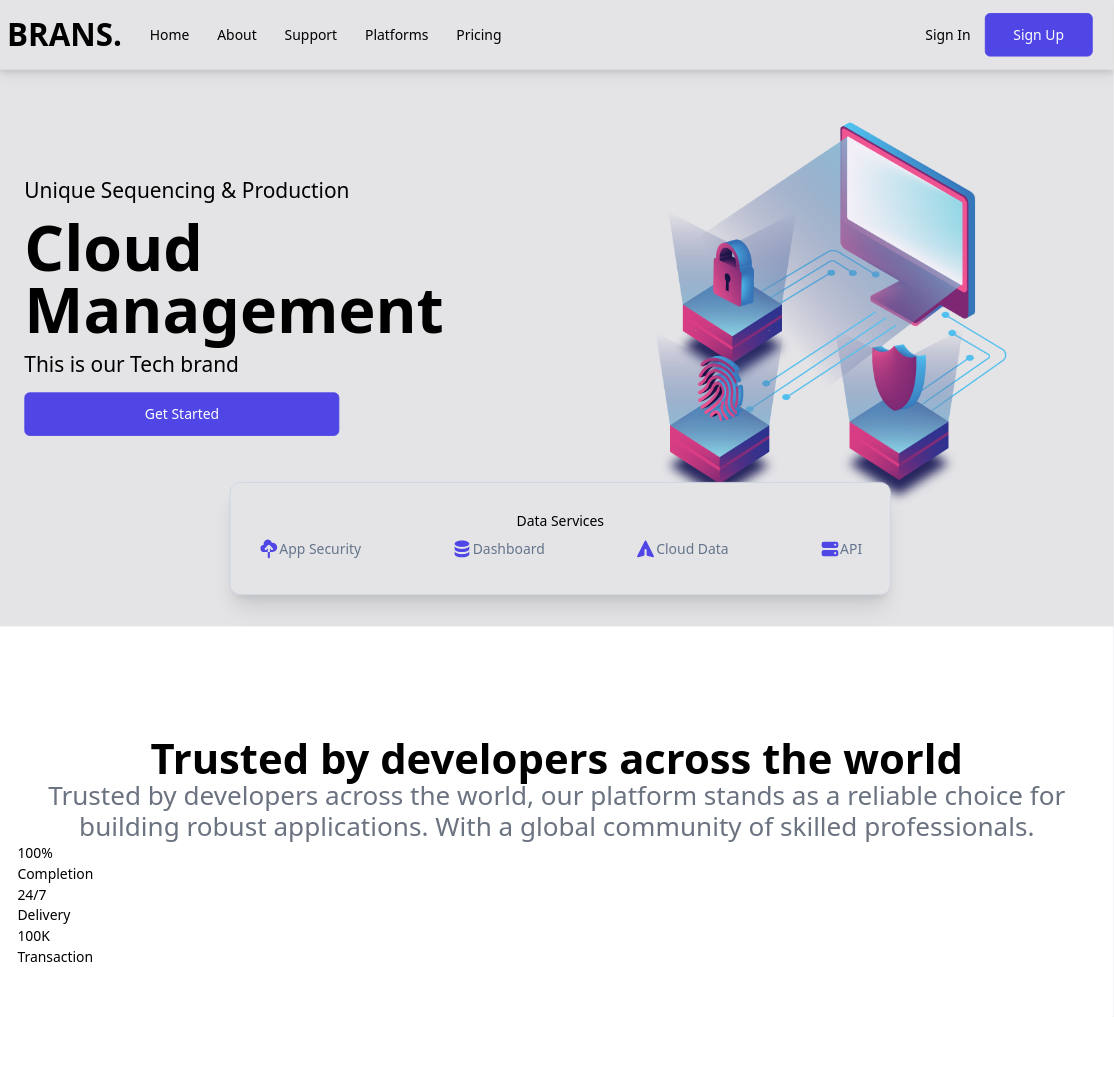
Repository: adrcstro/react-project-2
Page: /
An editor plug-in stored every save of this project. The page is shown before and after the next save, followed by the edit.
The browser window is 1280 px wide. The pictures show the whole page, at 87% of full size.
The project was rebuilt for these pictures with package versions that can differ from the ones it lists, and the page was loaded fresh each time.

Above is the page before, as saved 2024-08-15 19:38:55.

### src/index.js
import React from 'react';
import ReactDOM from 'react-dom/client';
import './index.css';
import App from './App';

const root = ReactDOM.createRoot(document.getElementById('root'));
root.render(

    <App />

);

### src/index.css
@tailwind base;
@tailwind components;
@tailwind utilities;

@layer base{
    li{
       @apply p-4
    }
    button{
        @apply text-white border bg-indigo-600 border-indigo-600
        hover:bg-transparent hover:text-indigo-600 rounded-md
    }
}

### src/App.js
import About from "./components/About";
import Hero from "./components/Hero";
import Navbar from "./components/Navbar";



function App() {
  return (
    <>
<Navbar/>
<Hero/>
<About />
    </>

  );
}

export default App;

### src/components/About.jsx
import React from 'react'

function About() {
  return (
    <div className='w-full my-32'>
        <div className='max-w-[1240px] mx-auto'>
          <div className='text-center'>
            <h2 className='text-5xl font-bold'>Trusted by developers across the world</h2>
            <p className='text-3xl py6 text-gray-500 px-3'>Trusted by developers across the world, our platform stands as a reliable choice for building robust
             applications. With a global community of skilled professionals.</p>
          </div>

          <div className='grid md: grid-cpls-3'>
             <div>
              <p>100%</p>
              <p>Completion</p>
             </div>
             <div>
              <p>24/7</p>
              <p>Delivery</p>
             </div>
             <div>
              <p>100K</p>
              <p>Transaction</p>
             </div>
          </div>
        </div>
    </div>
  )
}

export default About

### src/components/Hero.jsx
import React from 'react'
import {
  CloudUploadIcon,
  DatabaseIcon,
  PaperAirplaneIcon,
  ServerIcon,
} from '@heroicons/react/solid'

import bgImg from '../assets/cyber-bg.png'

function Hero() {
  return (
    <div className='w-full h-screen bg-zinc-200 flex flex-col justify-between'>
<div className='grid md:grid-cols-2 max-w-[1240px] m-auto'>
       <div className='flex flex-col justify-center md:items-start w-full px-2 py-8'>
        <p className='text-2xl'>Unique Sequencing & Production</p>
        <h1 className='py-3 text-5xl md:text-7xl font-bold'>Cloud Management</h1>
        <p className='text-2xl'>This is our Tech brand</p>
        <button className='py-3 px-6 sm:w-[60%] my-4 '>Get Started</button>
       </div>
       <div>
    <img className='w-full' src={bgImg} alt='/' />
       </div>
<div className='absolute flex flex-col py-8 md:min-w-[760px] bottom-[5%] mx-1 md:left-1/2
transform md:-translate-x-1/2 bg-zinc-200 border border-slate-300 rounded-xl text-center shadow-xl '>
  <p>Data Services</p>
  <div className='flex justify-between flex-wrap px-4'>
    <p className='flex px-4 py-2 text-slate-500'><CloudUploadIcon className='h-6 text-indigo-600' /> App Security</p>
    <p className='flex px-4 py-2 text-slate-500'><DatabaseIcon className='h-6 text-indigo-600' /> Dashboard</p>
    <p className='flex px-4 py-2 text-slate-500'><PaperAirplaneIcon className='h-6 text-indigo-600' /> Cloud Data</p>
    <p className='flex px-4 py-2 text-slate-500'><ServerIcon className='h-6 text-indigo-600' /> API</p>
  </div>
</div>
</div>
    </div>
  )
}

export default Hero

### src/components/Navbar.jsx
import React ,{useState} from 'react'
import {MenuIcon, XIcon} from '@heroicons/react/outline'

function Navbar() {

const [nav, setNav] = useState(false)
const handleClick = () => setNav(!nav)



  return (
    <div className='w-screen h-[80px] z-10 bg-zinc-200 fixed drop-shadow-lg'>
    <div className='px-2 flex justify-between items-center  w-full h-full'>
<div className='flex items-center'>
  <h1 className='text-3xl font-bold mr-4 sm:text-4xl'>BRANS.</h1>
  <ul className='hidden  md:flex'>
<li>Home</li>
<li>About</li>
<li>Support</li>
<li>Platforms</li>
<li>Pricing</li>
  </ul>
</div>
<div className='hidden md:flex pr-4'>
  <button className='border-none bg-transparent text-black mr-4'>Sign In</button>
  <button className='px-8 py-3'>Sign Up</button>
</div>

    <div  className='md:hidden' onClick={handleClick}>
    {!nav ? <MenuIcon className="w-5"/> : <XIcon className='w-5'/>}

    </div>
    </div>
<ul className={!nav ? 'hidden' : 'absolute bg-zinc-200 w-full px-8'}>
<li className='border-b-2 border-zinc-300 w-full'>Home</li>
<li className='border-b-2 border-zinc-300 w-full'>About</li>
<li className='border-b-2 border-zinc-300 w-full'>Support</li>
<li className='border-b-2 border-zinc-300 w-full'>Platforms</li>
<li className='border-b-2 border-zinc-300 w-full'>Pricing</li>
<div className='flex flex-col my-4'>
<button className='bg-transparent  text-indigo-600 px-8 py-3 mb-4'>Sign In</button>
<button className='px-8 py-3'>Sign Up</button>
</div>
</ul>

    </div>

  )
}

export default Navbar

Loaded but not shown: public/index.html (common file); tailwind.config.js (common file)

After the next save:
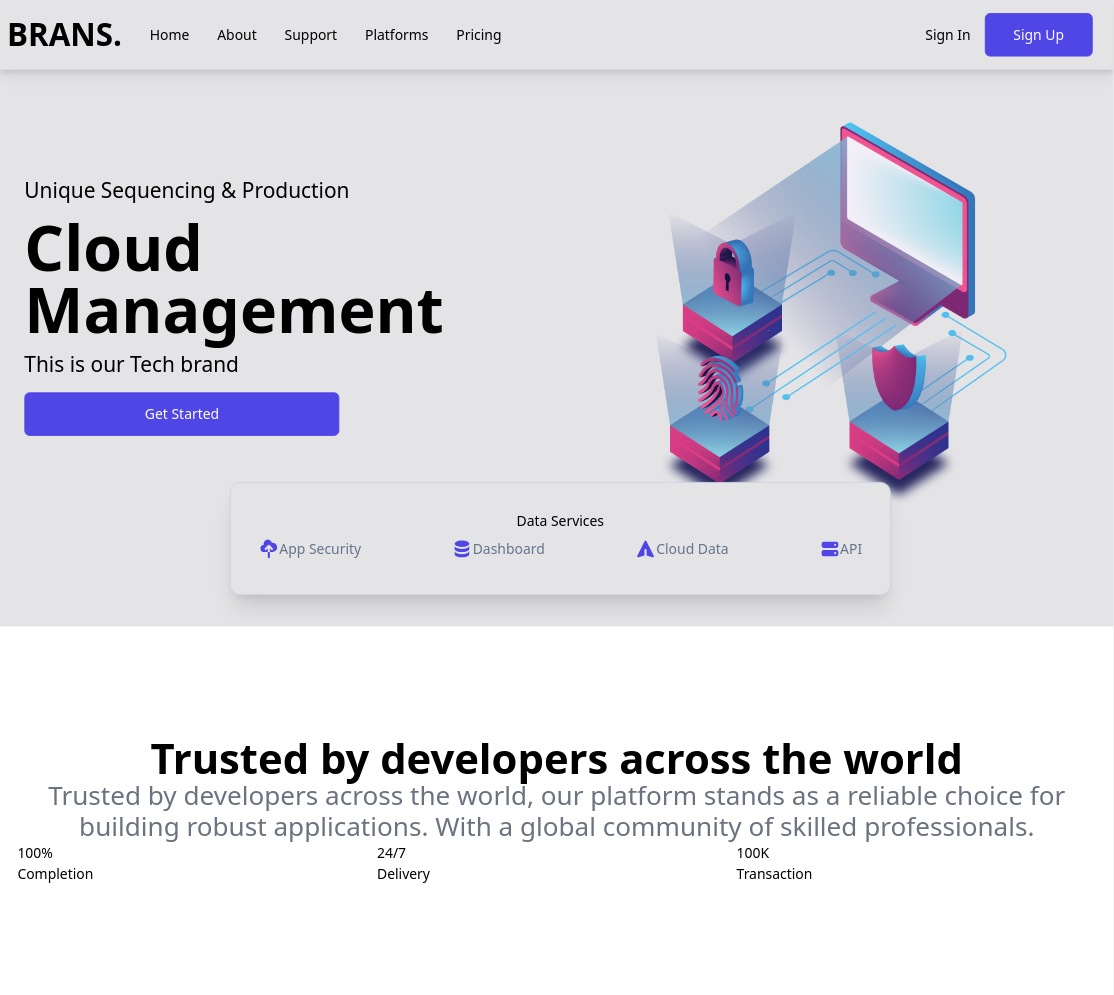
Saved 4 s later.
--- a/src/components/About.jsx
+++ b/src/components/About.jsx
@@ -10,7 +10,7 @@ function About() {
              applications. With a global community of skilled professionals.</p>
           </div>
 
-          <div className='grid md: grid-cpls-3'>
+          <div className='grid md: grid-cols-3'>
              <div>
               <p>100%</p>
               <p>Completion</p>
